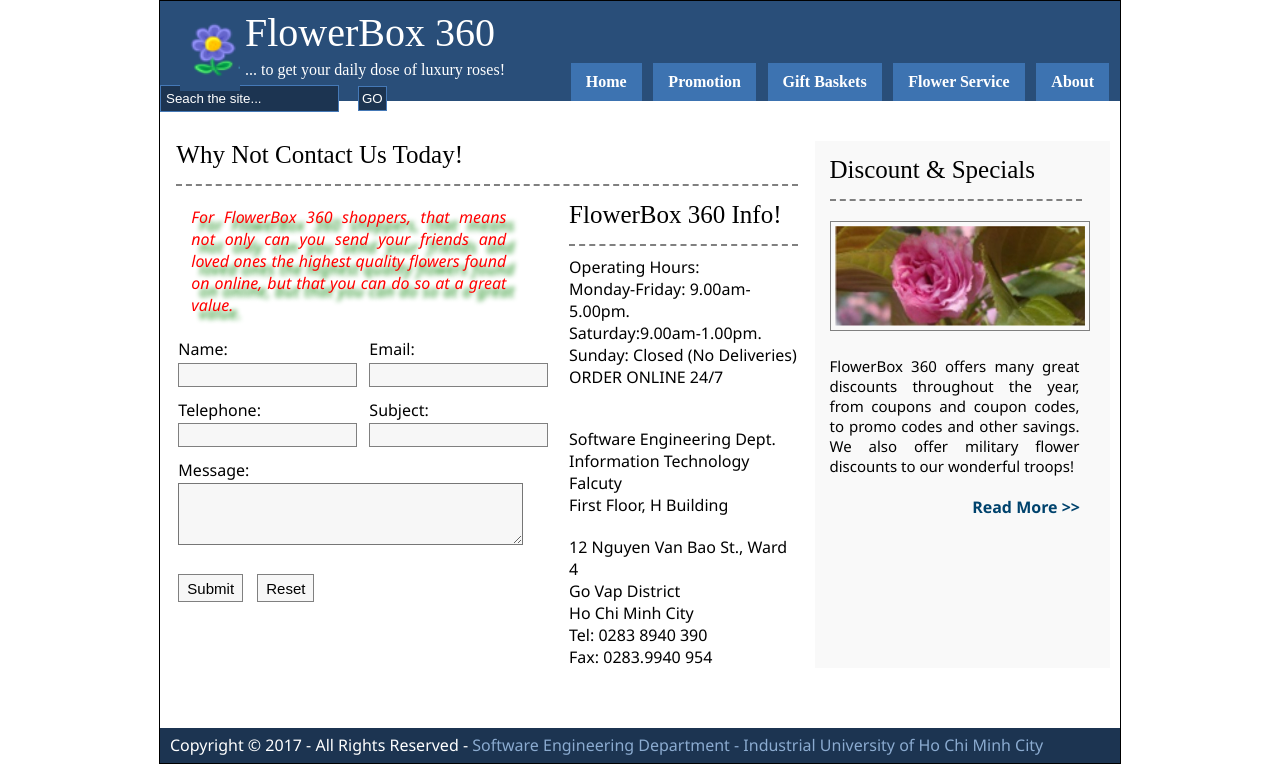
Repository: thu1365/BTKT_WEB
Page: HTML/btkt.html
An editor plug-in stored every save of this project. The page is shown before and after the next save, followed by the edit.
The browser window is 1280 px wide. The pictures show the whole page.

Above is the page before, as saved 2023-03-11 20:37:30.

### HTML/btkt.html
<!DOCTYPE html>
<html lang="en">

<head>
    <meta charset="UTF-8">
    <meta http-equiv="X-UA-Compatible" content="IE=edge">
    <meta name="viewport" content="width=device-width, initial-scale=1.0">
    <title>21025781-Lê Minh Thư</title>
    <style>
        * {
            padding: 0;
            margin: 0 auto;
        }

        .wrapper {
            width: 960px;
            background-color: #fff;
            border: 1px solid black;
        }

        header {
            position: relative;
            width: 960px;
            height: 100px;
            background-color: #294e79;
        }

        .logo {
            position: relative;
            left: 20px;
            top: 10px;
            width: 60px;
            height: 80px;
        }

        .name1 {
            font-size: 40px;
            color: #fff;
            position: absolute;
            left: 85px;
            top: 8px;
        }

        .name2 {
            color: #fff;
            position: absolute;
            left: 85px;
            top: 60px;
        }

        #seach_form_inp {
            background-color: #1c3451;
            border: 1px solid #4579b7;
            color: #fff;
            margin-right: 15px;
            height: 25px;
        }

        #seach_form_inp::placeholder {
            padding-left: 5px;
            color: #fff;
        }

        #seach_form_btn {
            background-color: #1c3451;
            border: 1px solid #4579b7;
            color: #fff;
            height: 25px;
            padding: 0 3px;
        }

        .seach_form {
            position: absolute;
            top: 10px;
            right: 10px;
        }

        .nav {
            display: flex;
            width: 550px;
            position: absolute;
            bottom: 0px;
            right: 5px;
        }

        .nav_item {
            position: relative;
            padding: 10px 15px;
            background-color: #3d73b1;
        }

        .nav_item:hover {
            background-color: #8babd0;
        }

        .nav_item a {
            color: white;
            font-weight: bold;
            text-decoration: none;
        }

        .nav_subnav {
            display: none;
            position: absolute;
            top: 39px;
            left: 0px;
            width: 180px;
            height: 60px;
            background-color: #8babd0;
        }

        .nav_subnav_item {
            box-sizing: border-box;
            padding-left: 15px;
            line-height: 30px;
            height: 50%;
            border: 1px solid rgb(158, 196, 240);
        }

        .nav_item:hover .nav_subnav {
            display: block;
            background-color: #9bbbe0;
        }

        .nav_subnav_item:hover {
            background-color: #edf6ff;
            cursor: pointer;
        }

        .container {
            font-family: 'Segoe UI', Tahoma, Geneva, Verdana, sans-serif;
            padding-bottom: 60px;
            width: 100%;
            display: flex;
        }

        .left_cnt {
            display: flex;
            width: 70%;
            justify-content: space-between;
            flex-wrap: wrap;
        }

        .c1 {
            width: 55%;
        }

        .c2 {
            width: 35%;
        }

        .c3 {
            background-color: #f9f9f9;
            width: 30%;
            padding-left: 15px;
            margin-top: 40px;
            margin-right: 10px;
        }

        .main_para {
            font-family: 'Times New Roman', Times, serif;
            width: 95%;
            padding: 40px 0px 15px 0px;
            font-size: 25px;
            font-weight: 400;
            border-bottom: 2px dashed gray;
        }

        .c1_para {
            padding: 20px 30px 20px 15px;
            text-align: justify;
            color: red;
            font-style: italic;
            font-family: 'Segoe UI', Tahoma, Geneva, Verdana, sans-serif;
            text-shadow: 8px 8px 5px green;
            font-weight: 450;
        }

        table input {
            height: 22px;
            margin-right: 10px;
            margin-bottom: 10px;
            background-color: #f7f7f7;
            border: 1px solid gray;
        }

        table textarea {
            background-color: #f7f7f7;
        }

        .c1_btn {
            box-sizing: border-box;
            margin-top: 20px;
            height: 28px;
            font-size: 15px;
            padding: 0 8px;
            line-height: 28px;
            border: 1px solid gray;
        }

        .c2_para {
            font-family: 'Times New Roman', Times, serif;
            padding: 15px 0px 15px;
            width: 100%;
            font-size: 25px;
            font-weight: 400;
            border-bottom: 2px dashed gray;
        }

        .c2_des1 {
            font-family: 'Segoe UI', Tahoma, Geneva, Verdana, sans-serif;
            padding: 10px 0 40px 0;
        }

        .c2_des2 {
            font-family: 'Segoe UI', Tahoma, Geneva, Verdana, sans-serif;
        }

        .c2_des3 {
            font-family: 'Segoe UI', Tahoma, Geneva, Verdana, sans-serif;
            padding-top: 20px;
        }

        .c3_para {
            font-family: 'Times New Roman', Times, serif;
            padding: 15px 0px 15px;
            width: 90%;
            margin-right: 30px;
            font-size: 25px;
            font-weight: 400;
            border-bottom: 2px dashed gray;
        }

        .c3_img {
            width: 250px;
            height: 100px;
            padding: 4px;
            margin: 20px 0;
            border: 1px solid gray;
        }

        .c3_des {
            width: 250px;
            margin-right: 30px;
            float: left;
            text-align: justify;
            font-family: 'Segoe UI', Tahoma, Geneva, Verdana, sans-serif;
            font-size: 15px;
            display: block;
        }

        .c3_link {
            color: #00436d;
            font-weight: bold;
            margin-right: 30px;
            float: right;
            padding-top: 20px;
            text-decoration: none;
        }

        footer {
            background-color: #1c3451;
            height: 35px;
        }

        #footer_line {
            font-family: 'Segoe UI', Tahoma, Geneva, Verdana, sans-serif;
            padding-left: 10px;
            color: #8babd0;
            line-height: 35px;
        }

        #footer_line .white {
            color: #fff;
        }
    </style>
</head>

<body>
    <div class="wrapper">
        <header>
            <img src="/IMAGE/AnhLogo.PNG" alt="" class="logo">
            <p class="name1">FlowerBox 360</p>
            <p class="name2">... to get your daily dose of luxury roses!</p>
            <form action="" class="search_form">
                <input type="text" name="" id="seach_form_inp" placeholder="Seach the site...">
                <input id="seach_form_btn" type="button" value="GO">
            </form>
            <div class="nav">
                <div class="nav_item"><a href="">Home</a></div>
                <div class="nav_item"><a href="">Promotion</a></div>
                <div class="nav_item"><a href="">Gift Baskets</a></div>
                <div class="nav_item"><a href="">Flower Service</a>
                    <div class="nav_subnav">
                        <div class="nav_subnav_item">Flower for Wedding</div>
                        <div class="nav_subnav_item">Flower for Conference</div>

                    </div>
                </div>
                <div class="nav_item"><a href="">About</a></div>
            </div>
        </header>
        <div class="container">
            <div class="left_cnt">
                <p class="main_para">Why Not Contact Us Today!</p>
                <div class="c1">
                    <p class="c1_para">For FlowerBox 360 shoppers, that means not only can you send your friends and loved ones the highest quality flowers found on online, but that you can do so at a great value.</p>
                    <form action="" class="c1_form">
                        <table>
                            <tr>
                                <td><label for="name_ip">Name:</label></td>
                                <td><label for="mail_ip">Email:</label></td>
                            </tr>
                            <tr>
                                <td><input type="text" name="" id="name_ip"></td>
                                <td><input type="email" name="" id="mail_ip"></td>
                            </tr>
                            <tr>
                                <td><label for="tel_ip">Telephone:</label></td>
                                <td><label for="sub_ip">Subject:</label></td>
                            </tr>
                            <tr>
                                <td><input type="tel" name="" id="tel_ip"></td>
                                <td><input type="text" name="" id="sub_ip"></td>
                            </tr>
                            <tr>
                                <td colspan="2"><label for="mess_ip">Message:</label></td>
                            </tr>
                            <tr>
                                <td colspan="2"> <textarea name="" id="mess_ip" cols="41" rows="4"></textarea></td>
                            </tr>
                            <tr>
                                <tr>
                                    <td><input class="c1_btn" type="button" value="Submit"> <input class="c1_btn" type="button" value="Reset"></td>
                                </tr>
                            </tr>
                        </table>

                    </form>
                </div>
                <div class="c2">
                    <p class="c2_para">FlowerBox 360 Info!</p>
                    <p class="c2_des1">Operating Hours: <br> Monday-Friday: 9.00am-5.00pm.<br> Saturday:9.00am-1.00pm.
                        <br> Sunday: Closed (No Deliveries)<br> ORDER ONLINE 24/7
                    </p>
                    <p class="c2_des2">
                        Software Engineering Dept. <br> Information Technology Falcuty<br> First Floor, H Building
                    </p>
                    <p class="c2_des3">
                        12 Nguyen Van Bao St., Ward 4<br> Go Vap District<br> Ho Chi Minh City<br> Tel: 0283 8940 390<br> Fax: 0283.9940 954
                    </p>


                </div>
            </div>
            <div class="c3">
                <p class="c3_para">Discount & Specials</p>
                <img src="/IMAGE/Hoa.jpg" alt="" class="c3_img">
                <p class="c3_des">FlowerBox 360 offers many great discounts throughout the year, from coupons and coupon codes, to promo codes and other savings. We also offer military flower discounts to our wonderful troops!</p>
                <a class="c3_link" href="">Read More >></a>
            </div>
        </div>
        <footer>
            <p id="footer_line"><span class="white">Copyright © 2017 - All Rights Reserved -</span> Software Engineering Department - Industrial University of Ho Chi Minh City</p>
        </footer>
    </div>
</body>

</html>

After the next save:
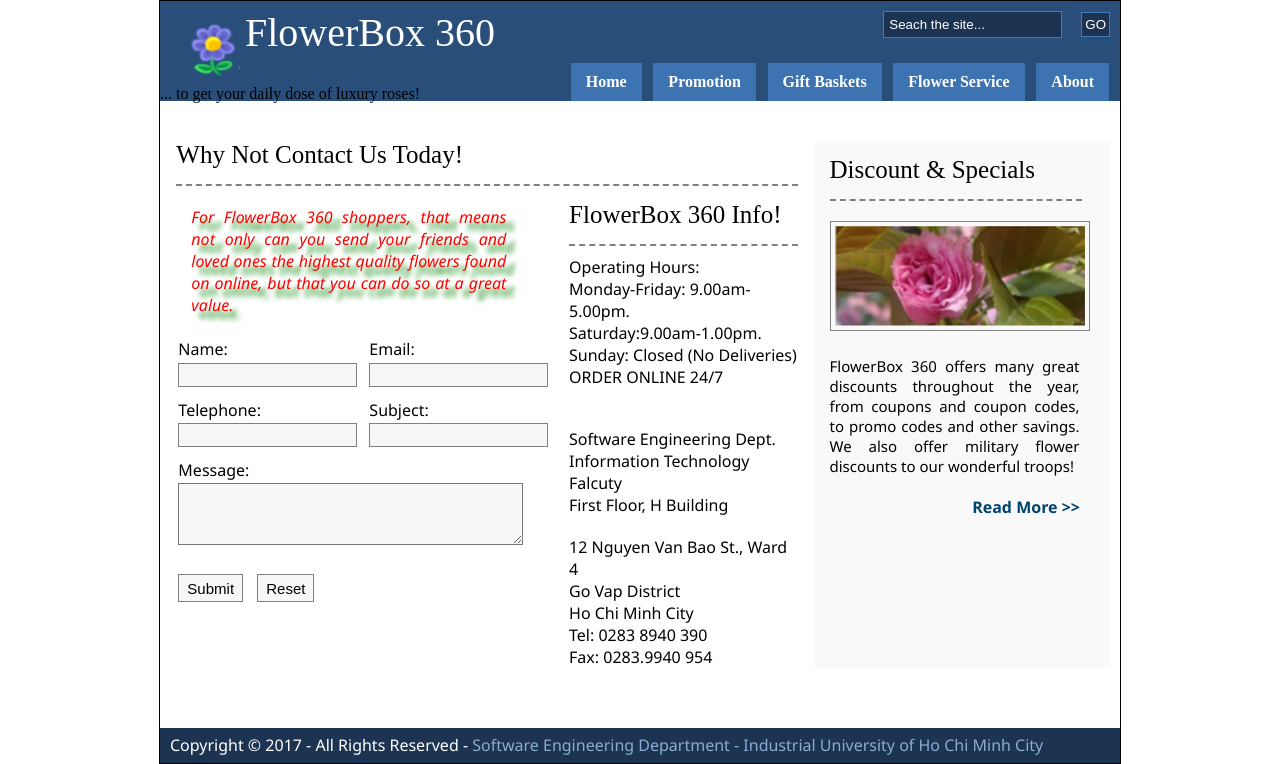
Saved 5 s later.
--- a/HTML/btkt.html
+++ b/HTML/btkt.html
@@ -281,8 +281,8 @@
         <header>
             <img src="/IMAGE/AnhLogo.PNG" alt="" class="logo">
             <p class="name1">FlowerBox 360</p>
-            <p class="name2">... to get your daily dose of luxury roses!</p>
-            <form action="" class="search_form">
+            <p class="des_web_name2">... to get your daily dose of luxury roses!</p>
+            <form action="" class="seach_form">
                 <input type="text" name="" id="seach_form_inp" placeholder="Seach the site...">
                 <input id="seach_form_btn" type="button" value="GO">
             </form>
